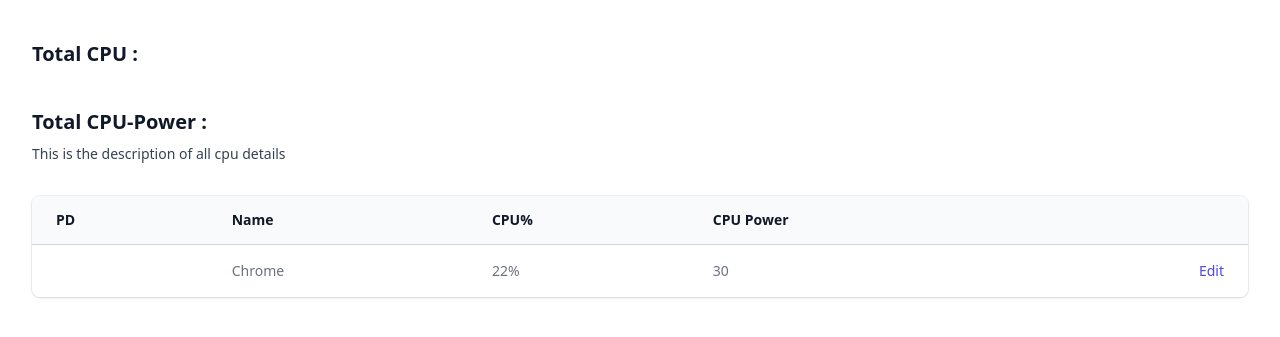
Repository: emorilebo/cpu-reader
Page: /
The author's editor kept a copy of each file at every save. The page is drawn from the files as they stood at one save, then again after the next save.
The browser window is 1280 px wide. The pictures show the whole page.
The project was rebuilt for these pictures with package versions that can differ from the ones it lists, and the page was loaded fresh each time. The framework's server and built-in components were replaced by stand-ins that run in the browser. Also part of the build but not shown: next.config.js, styles/Home.module.css.

Above is the page before, as saved 2023-01-13 12:32:13.

### pages/index.js
import Head from 'next/head'
import Image from 'next/image'
import { Inter } from '@next/font/google'
import styles from '../styles/Home.module.css'
import Tables from '../components/Tables'

const inter = Inter({ subsets: ['latin'] })

export default function Home() {
  return (
    <>
      <Head>
        <title>Create Next App</title>
        <meta name="description" content="Generated by create next app" />
        <meta name="viewport" content="width=device-width, initial-scale=1" />
        <link rel="icon" href="/favicon.ico" />
      </Head>
      <main className="">
       <Tables/>
      </main>
    </>
  )
}

### styles/globals.css
@tailwind base;
@tailwind components;
@tailwind utilities;

/* :root {
  --max-width: 1100px;
  --border-radius: 12px;
  --font-mono: ui-monospace, Menlo, Monaco, "Cascadia Mono", "Segoe UI Mono",
    "Roboto Mono", "Oxygen Mono", "Ubuntu Monospace", "Source Code Pro",
    "Fira Mono", "Droid Sans Mono", "Courier New", monospace;

  --foreground-rgb: 0, 0, 0;
  --background-start-rgb: 214, 219, 220;
  --background-end-rgb: 255, 255, 255;

  --primary-glow: conic-gradient(
    from 180deg at 50% 50%,
    #16abff33 0deg,
    #0885ff33 55deg,
    #54d6ff33 120deg,
    #0071ff33 160deg,
    transparent 360deg
  );
  --secondary-glow: radial-gradient(
    rgba(255, 255, 255, 1),
    rgba(255, 255, 255, 0)
  );

  --tile-start-rgb: 239, 245, 249;
  --tile-end-rgb: 228, 232, 233;
  --tile-border: conic-gradient(
    #00000080,
    #00000040,
    #00000030,
    #00000020,
    #00000010,
    #00000010,
    #00000080
  );

  --callout-rgb: 238, 240, 241;
  --callout-border-rgb: 172, 175, 176;
  --card-rgb: 180, 185, 188;
  --card-border-rgb: 131, 134, 135;
}

@media (prefers-color-scheme: dark) {
  :root {
    --foreground-rgb: 255, 255, 255;
    --background-start-rgb: 0, 0, 0;
    --background-end-rgb: 0, 0, 0;

    --primary-glow: radial-gradient(rgba(1, 65, 255, 0.4), rgba(1, 65, 255, 0));
    --secondary-glow: linear-gradient(
      to bottom right,
      rgba(1, 65, 255, 0),
      rgba(1, 65, 255, 0),
      rgba(1, 65, 255, 0.3)
    );

    --tile-start-rgb: 2, 13, 46;
    --tile-end-rgb: 2, 5, 19;
    --tile-border: conic-gradient(
      #ffffff80,
      #ffffff40,
      #ffffff30,
      #ffffff20,
      #ffffff10,
      #ffffff10,
      #ffffff80
    );

    --callout-rgb: 20, 20, 20;
    --callout-border-rgb: 108, 108, 108;
    --card-rgb: 100, 100, 100;
    --card-border-rgb: 200, 200, 200;
  }
}

* {
  box-sizing: border-box;
  padding: 0;
  margin: 0;
}

html,
body {
  max-width: 100vw;
  overflow-x: hidden;
}

body {
  color: rgb(var(--foreground-rgb));
  background: linear-gradient(
      to bottom,
      transparent,
      rgb(var(--background-end-rgb))
    )
    rgb(var(--background-start-rgb));
}

a {
  color: inherit;
  text-decoration: none;
}

@media (prefers-color-scheme: dark) {
  html {
    color-scheme: dark;
  }
} */

### components/Tables.jsx
import React from "react";

const cpus = [
  {
    pd: "127",
    title: "Chrome",
    email: "22%",
    role: "30",
  },
  // More people...
];

export default function Tables() {
  return (
    <div className="px-4 sm:px-6 lg:px-8">
      <div className="sm:flex sm:items-center">
        <div className="sm:flex-auto">
          <h1 className=" mt-10 text-xl font-semibold text-gray-900">
            Total CPU :{" "}
          </h1>
          <h1 className=" mt-10 text-xl font-semibold text-gray-900">
            Total CPU-Power :{" "}
          </h1>
          <p className="mt-2 text-sm text-gray-700">
            This is the description of all cpu details
          </p>
        </div>
      </div>
      <div className="mt-8 flex flex-col">
        <div className="-my-2 -mx-4 overflow-x-auto sm:-mx-6 lg:-mx-8">
          <div className="inline-block min-w-full py-2 align-middle md:px-6 lg:px-8">
            <div className="overflow-hidden shadow ring-1 ring-black ring-opacity-5 md:rounded-lg">
              <table className="min-w-full divide-y divide-gray-300">
                <thead className="bg-gray-50">
                  <tr>
                    <th
                      scope="col"
                      className="py-3.5 pl-4 pr-3 text-left text-sm font-semibold text-gray-900 sm:pl-6"
                    >
                      PD
                    </th>
                    <th
                      scope="col"
                      className="px-3 py-3.5 text-left text-sm font-semibold text-gray-900"
                    >
                      Name
                    </th>
                    <th
                      scope="col"
                      className="px-3 py-3.5 text-left text-sm font-semibold text-gray-900"
                    >
                      CPU%
                    </th>
                    <th
                      scope="col"
                      className="px-3 py-3.5 text-left text-sm font-semibold text-gray-900"
                    >
                      CPU Power
                    </th>
                    <th
                      scope="col"
                      className="relative py-3.5 pl-3 pr-4 sm:pr-6"
                    >
                      <span className="sr-only">Edit</span>
                    </th>
                  </tr>
                </thead>
                <tbody className="divide-y divide-gray-200 bg-white">
                  {cpus.map((cpu) => (
                    <tr key={cpu.email}>
                      <td className="whitespace-nowrap py-4 pl-4 pr-3 text-sm font-medium text-gray-900 sm:pl-6">
                        {cpu.name}
                      </td>
                      <td className="whitespace-nowrap px-3 py-4 text-sm text-gray-500">
                        {cpu.title}
                      </td>
                      <td className="whitespace-nowrap px-3 py-4 text-sm text-gray-500">
                        {cpu.email}
                      </td>
                      <td className="whitespace-nowrap px-3 py-4 text-sm text-gray-500">
                        {cpu.role}
                      </td>
                      <td className="relative whitespace-nowrap py-4 pl-3 pr-4 text-right text-sm font-medium sm:pr-6">
                        <a
                          href="#"
                          className="text-indigo-600 hover:text-indigo-900"
                        >
                          Edit<span className="sr-only">, {cpu.name}</span>
                        </a>
                      </td>
                    </tr>
                  ))}
                </tbody>
              </table>
            </div>
          </div>
        </div>
      </div>
    </div>
  );
}

Loaded but not shown: pages/_app.js (common file); pages/_document.js (common file); tailwind.config.js (common file)

After the next save:
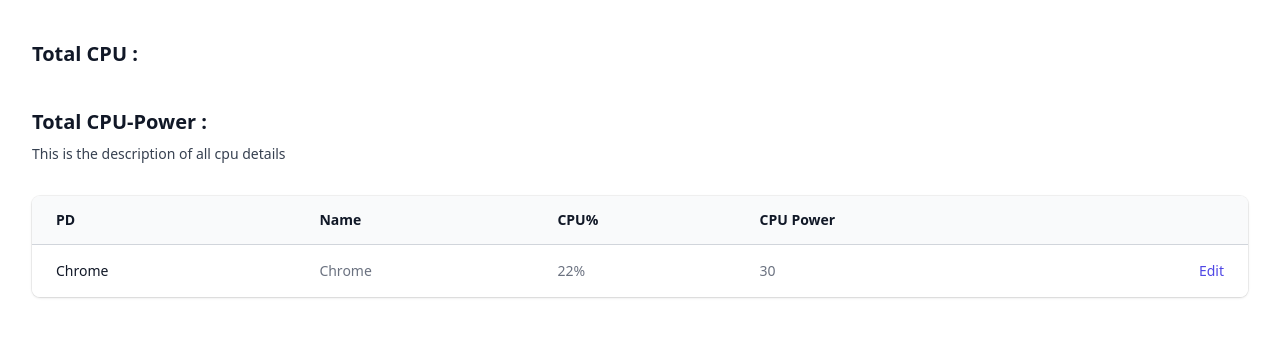
Saved 13 s later.
--- a/components/Tables.jsx
+++ b/components/Tables.jsx
@@ -3,7 +3,7 @@ import React from "react";
 const cpus = [
   {
     pd: "127",
-    title: "Chrome",
+    name: "Chrome",
     email: "22%",
     role: "30",
   },
@@ -72,7 +72,7 @@ export default function Tables() {
                         {cpu.name}
                       </td>
                       <td className="whitespace-nowrap px-3 py-4 text-sm text-gray-500">
-                        {cpu.title}
+                        {cpu.name}
                       </td>
                       <td className="whitespace-nowrap px-3 py-4 text-sm text-gray-500">
                         {cpu.email}
